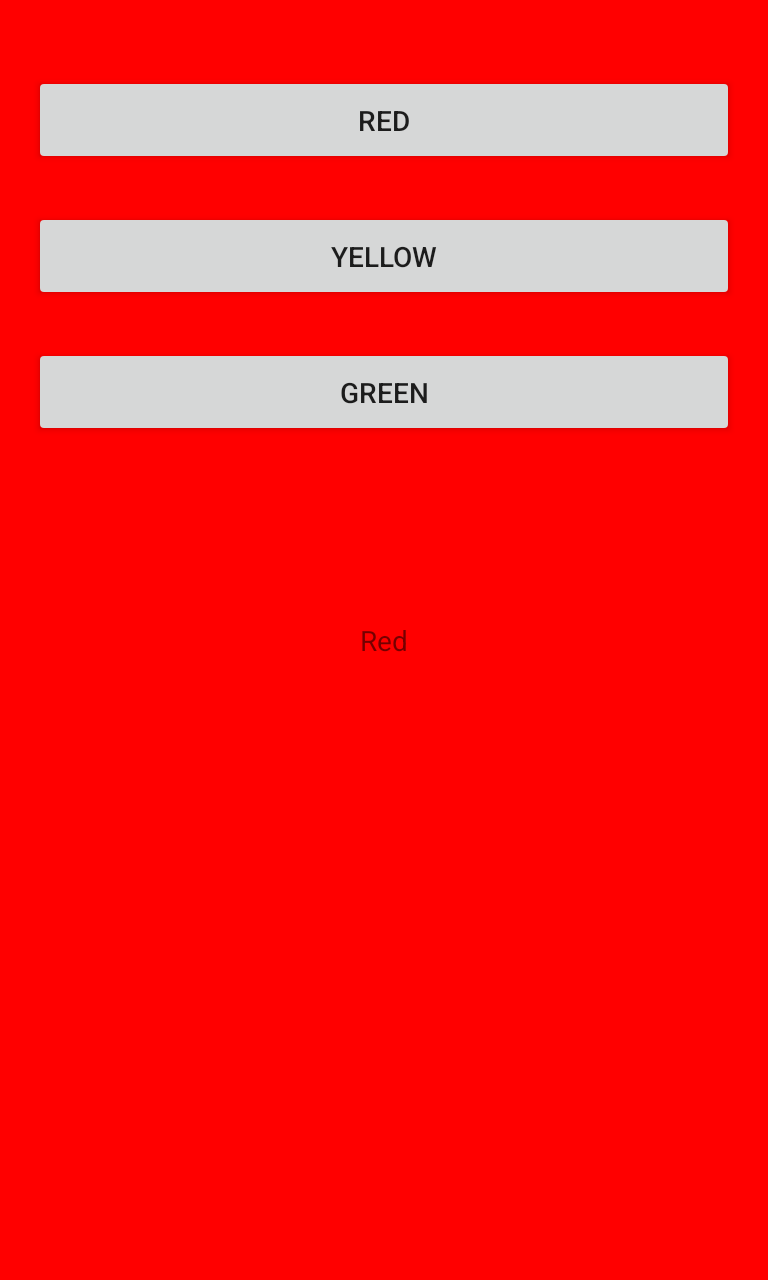
Repository: PosashkovDima/Traffic-light
Layout: Example4/res/layout/fragment_main.xml
An editor plug-in stored every save of this project. The layout is shown before and after the next save, followed by the edit.
It is drawn on a 768 x 1280 px phone screen (xhdpi) without system bars, with theme AppTheme; the app's code is not run.

Above is the layout before, as saved 2014-03-30 08:43:17.

### Example4/res/layout/fragment_main.xml
<RelativeLayout xmlns:android="http://schemas.android.com/apk/res/android"
    android:id="@+id/relativeLayout"
    xmlns:tools="http://schemas.android.com/tools"
    android:layout_width="match_parent"
    android:layout_height="match_parent"
    android:background="@color/redColor"
    android:paddingBottom="@dimen/activity_vertical_margin"
    android:paddingLeft="@dimen/activity_horizontal_margin"
    android:paddingRight="@dimen/activity_horizontal_margin"
    android:paddingTop="@dimen/activity_vertical_margin"
    tools:context="com.example.example4.MainActivity$PlaceholderFragment" >

    <Button
        android:id="@+id/buttonRed"
        android:layout_width="match_parent"
        android:layout_height="wrap_content"
        android:layout_alignParentLeft="true"
        android:layout_alignParentTop="true"
        android:layout_marginTop="20dp"
        android:onClick="butRedClicked"
        android:text="@string/red" />

    <Button
        android:id="@+id/buttonYellow"
        android:layout_width="match_parent"
        android:layout_height="wrap_content"
        android:layout_alignParentLeft="true"
        android:layout_below="@id/buttonRed"
        android:layout_marginTop="20dp"
        android:onClick="butYellowClicked"
        android:text="@string/yellow" />

    <Button
        android:id="@+id/buttonGreen"
        android:layout_width="match_parent"
        android:layout_height="wrap_content"
        android:layout_alignParentLeft="true"
        android:layout_below="@id/buttonYellow"
        android:layout_marginTop="20dp"
        android:onClick="butGreenClicked"
        android:text="@string/green" />

    <TextView
        android:id="@+id/textViewColor"
        android:layout_width="wrap_content"
        android:layout_height="wrap_content"
        android:layout_centerHorizontal="true"
        android:layout_centerVertical="true"
        android:text="@string/red" />

</RelativeLayout>

### Example4/res/values/strings.xml
<?xml version="1.0" encoding="utf-8"?>
<resources>

    <string name="app_name">Example 4</string>
    <string name="hello_world">Hello world!</string>
    <string name="action_settings">Settings</string>
    <string name="red">Red</string>
    <string name="yellow">Yellow</string>
    <string name="green">Green</string>

    <color name="redColor">#FFFF0000 </color>
    <color name="yellowColor">#FFFF00 </color>
    <color name="greenColor">#FF00FF00 </color>

</resources>

Loaded but not shown: Example4/res/values/styles.xml (common file); Example4/res/values-v11/styles.xml (common file); Example4/res/values-v14/styles.xml (common file); Example4/res/values/dimens.xml (common file); Example4/res/values-w820dp/dimens.xml (common file)

After the next save:
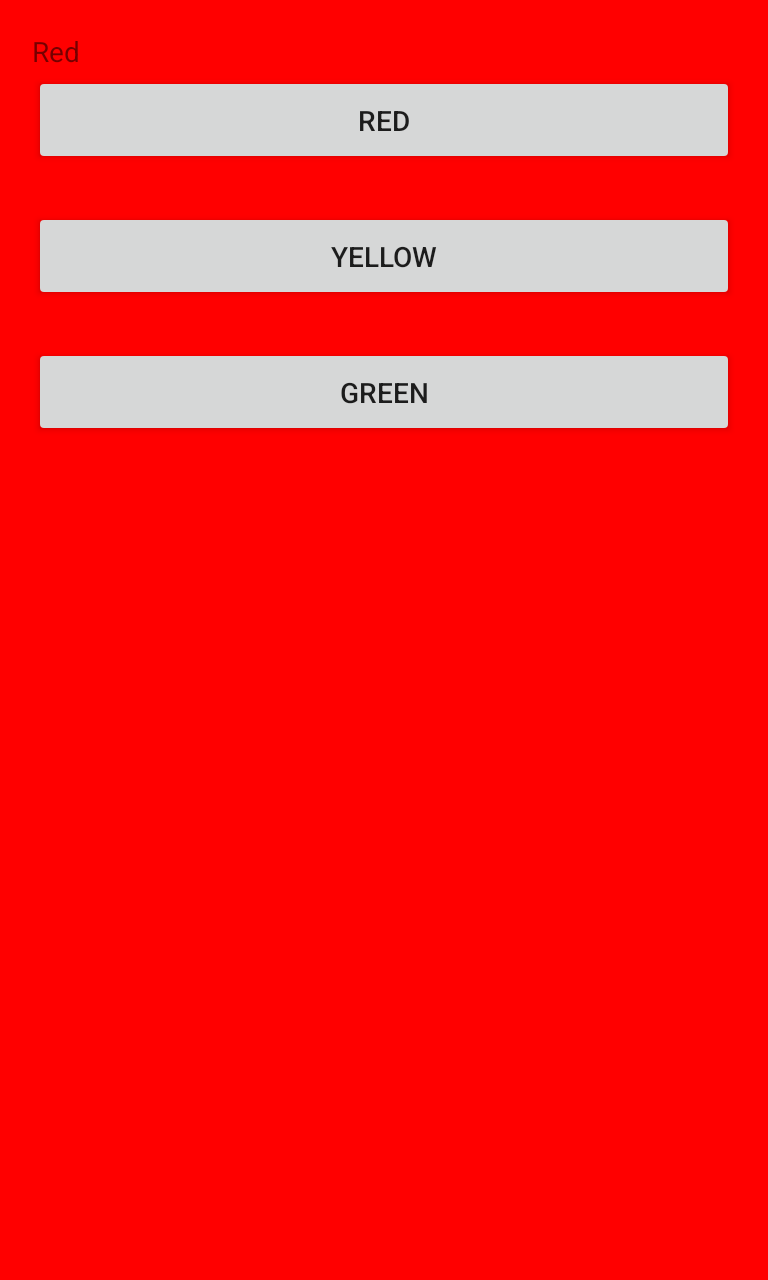
Saved 58 s later.
--- a/Example4/res/layout/fragment_main.xml
+++ b/Example4/res/layout/fragment_main.xml
@@ -44,8 +44,6 @@
         android:id="@+id/textViewColor"
         android:layout_width="wrap_content"
         android:layout_height="wrap_content"
-        android:layout_centerHorizontal="true"
-        android:layout_centerVertical="true"
         android:text="@string/red" />
 
 </RelativeLayout>
